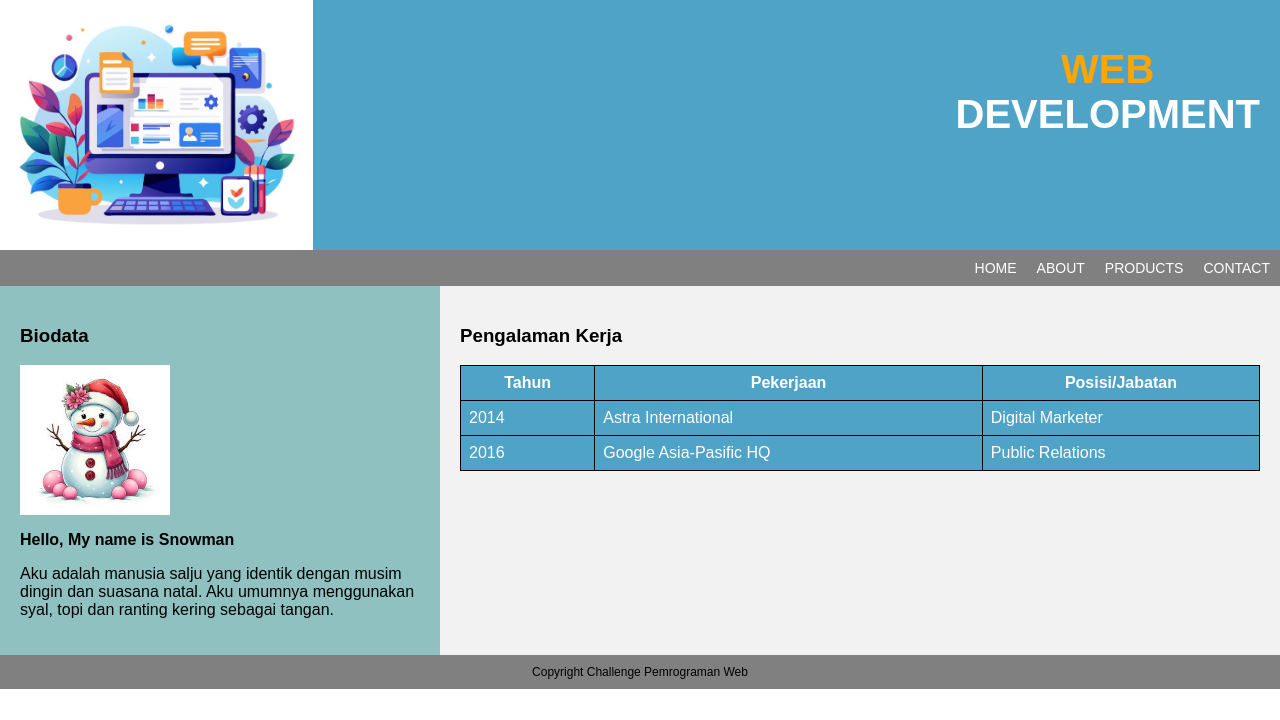
Repository: razitazhr/Pertemuan-6_24.116194
Page: Pertemuan 5/Challenge 5.html
The author's editor kept a copy of each file at every save. The page is drawn from the files as they stood at one save, then again after the next save.
The browser window is 1280 px wide. The pictures show the whole page.

Above is the page before, as saved 2026-05-03 22:26:42.

After the next save:
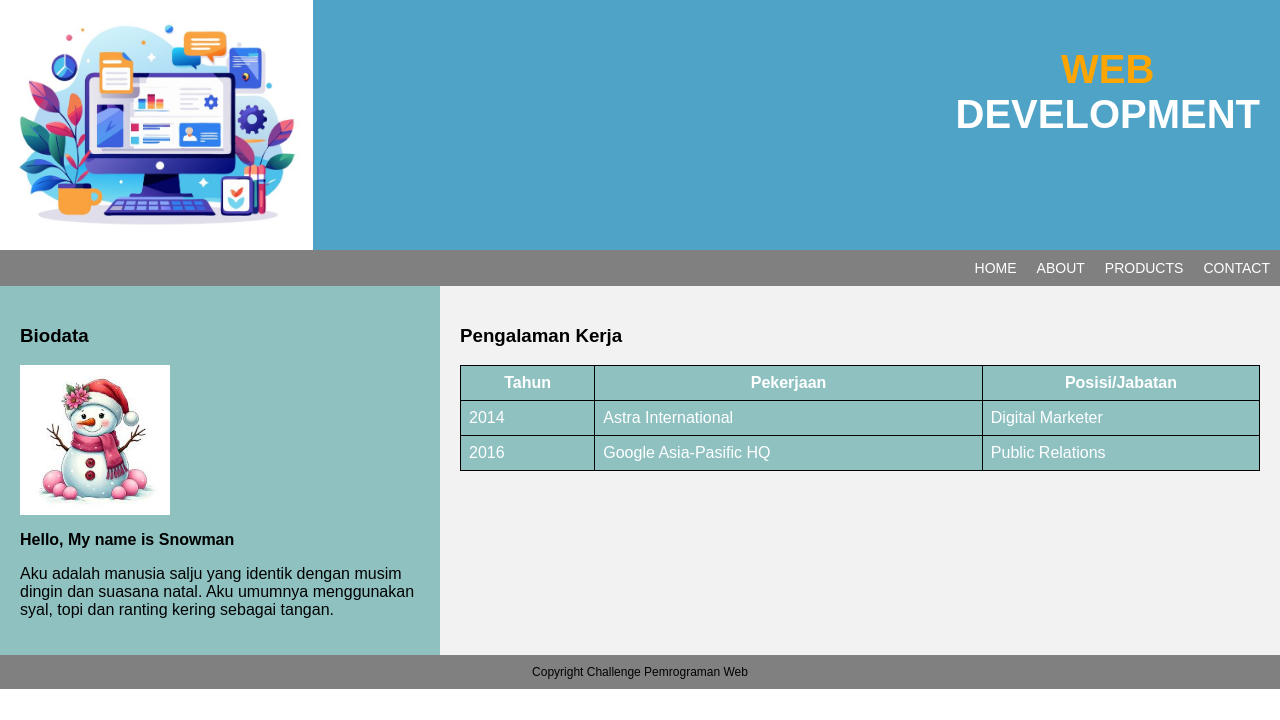
Saved 32 s later.
--- a/Pertemuan 5/Style.CSS
+++ b/Pertemuan 5/Style.CSS
@@ -63,12 +63,12 @@ table {
     border-collapse: collapse;
 }
 th {
-    background: #4fa3c7;
+    background: #8fc1c1;
 }
 table {
     width: 100%;
     border-collapse: collapse;
-    background-color: #4fa3c7
+    background-color: #8fc1c1
 }
 th, td {
     border: 1px solid black;
